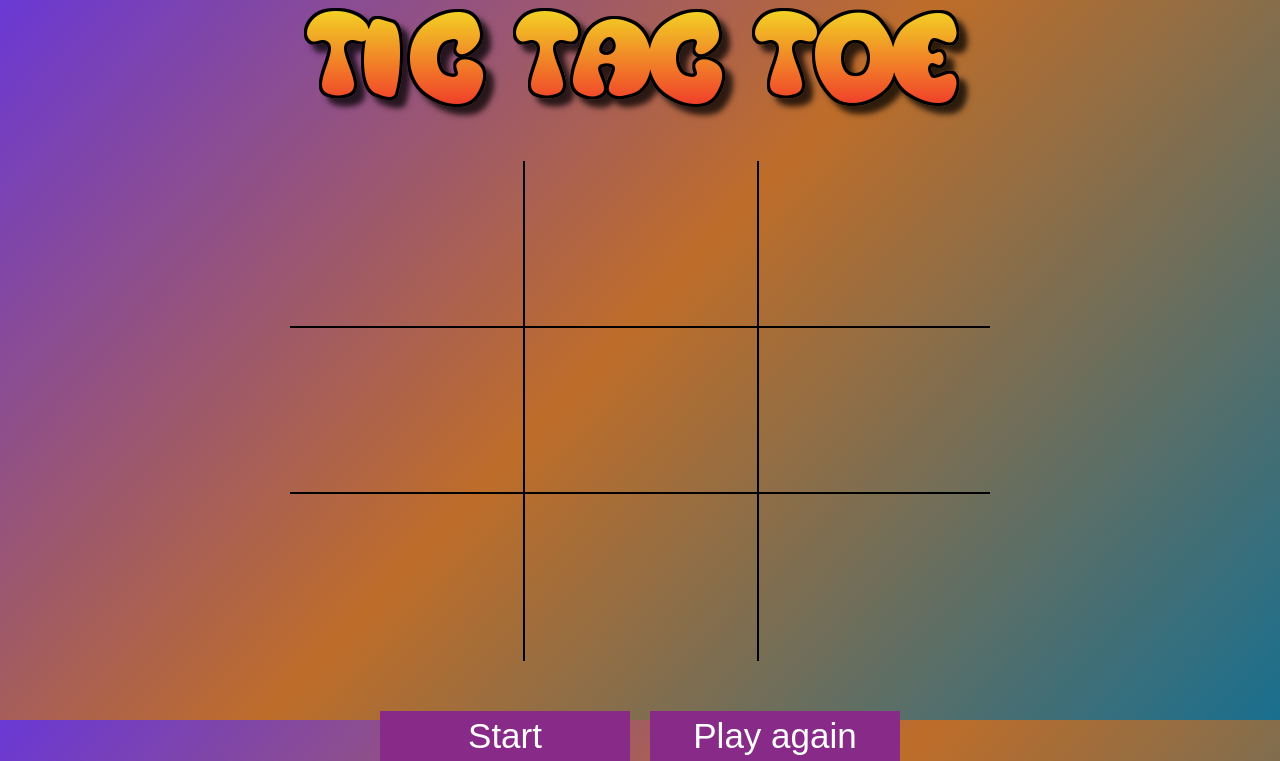
Repository: malx9/Project--5---Tic-Tac-Toe-with-AI
Page: index.html
An editor plug-in stored every save of this project. The page is shown before and after the next save, followed by the edit.
The browser window is 1280 px wide. The pictures show the whole page.
Some web fonts or font styles are not loaded; a fallback is used.

Above is the page before, as saved 2023-12-25 17:51:36.

### index.html
<!DOCTYPE html>
<html lang="en">
  <head>
    <meta charset="UTF-8" />
    <meta name="viewport" content="width=device-width, initial-scale=1.0" />
    <link rel="stylesheet" href="styles.css" />
    <title>Tic Tac Toe</title>
  </head>
  <body>
    <header>
      <img class="logo" src="images/logo.png" />
    </header>
    <main>
      <div class="game--board">
        <div class="square square-1"></div>
        <div class="square square-2"></div>
        <div class="square square-3"></div>
        <div class="square square-4"></div>
        <div class="square square-5"></div>
        <div class="square square-6"></div>
        <div class="square square-7"></div>
        <div class="square square-8"></div>
        <div class="square square-9"></div>
      </div>
      <div class="game--options">
        <button class="game--options__button game--options__start">
          Start
        </button>
        <button class="game--options__button game--options__play">
          Play again
        </button>
      </div>
    </main>
  </body>
</html>

### styles.css
@import url("https://fonts.googleapis.com/css2?family=Concert+One&display=swap");

html {
  height: 100%;
  margin: 0;
  font-family: "Concert One", sans-serif;
}

body {
  margin: 0;
  background: rgb(106, 56, 213);
  background: linear-gradient(
    133deg,
    rgba(106, 56, 213, 1) 0%,
    rgba(190, 109, 41, 1) 48%,
    rgba(25, 111, 143, 1) 100%
  );
}

.logo {
  display: block;
  margin-left: auto;
  margin-right: auto;
  margin-bottom: 30px;
}

.game--board {
  display: grid;
  grid-template-columns: repeat(3, 1fr);
  grid-template-rows: repeat(3, 1fr);
  width: 700px;
  height: 500px;
  margin: auto;
}

.square {
  background-color: transparent;
  border: 2px solid #000000;
  border-top: 0;
  border-right: 0;
}

.square-7,
.square-8,
.square-9 {
  border-bottom: 0;
}

.square-1,
.square-4,
.square-7 {
  border-left: 0;
}

.game--options {
  display: flex;
  justify-content: center;
  align-items: center;
  gap: 20px;
  margin-top: 50px;
}

.game--options__button {
  width: 250px;
  height: 50px;
  background-color: rgb(136, 43, 136);
  border-style: solid;
  border: 0;
  font-size: 35px;
  color: rgb(255, 255, 255);
  font-family: "Concert One", sans-serif;
}

After the next save:
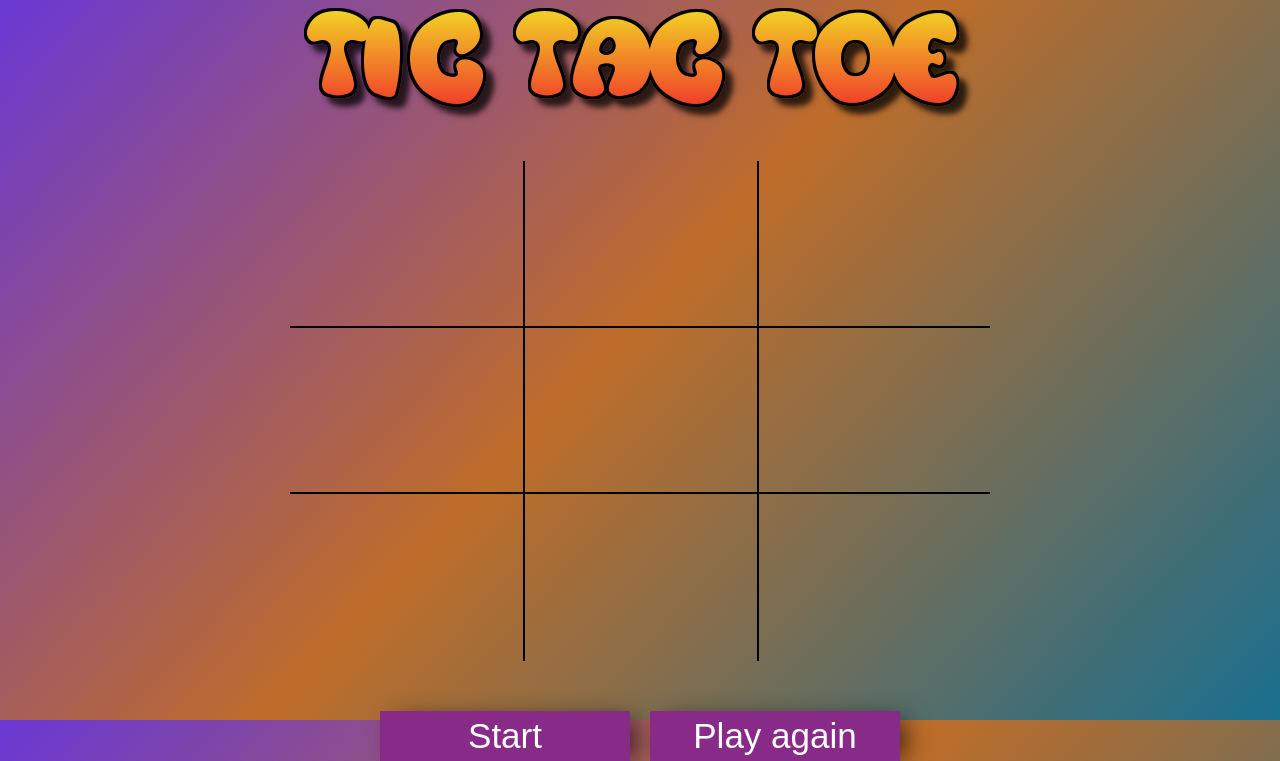
Saved 54 s later.
--- a/styles.css
+++ b/styles.css
@@ -69,4 +69,5 @@ body {
   font-size: 35px;
   color: rgb(255, 255, 255);
   font-family: "Concert One", sans-serif;
+  box-shadow: 10px 4px 26px -6px rgba(0, 0, 0, 0.75);
 }
